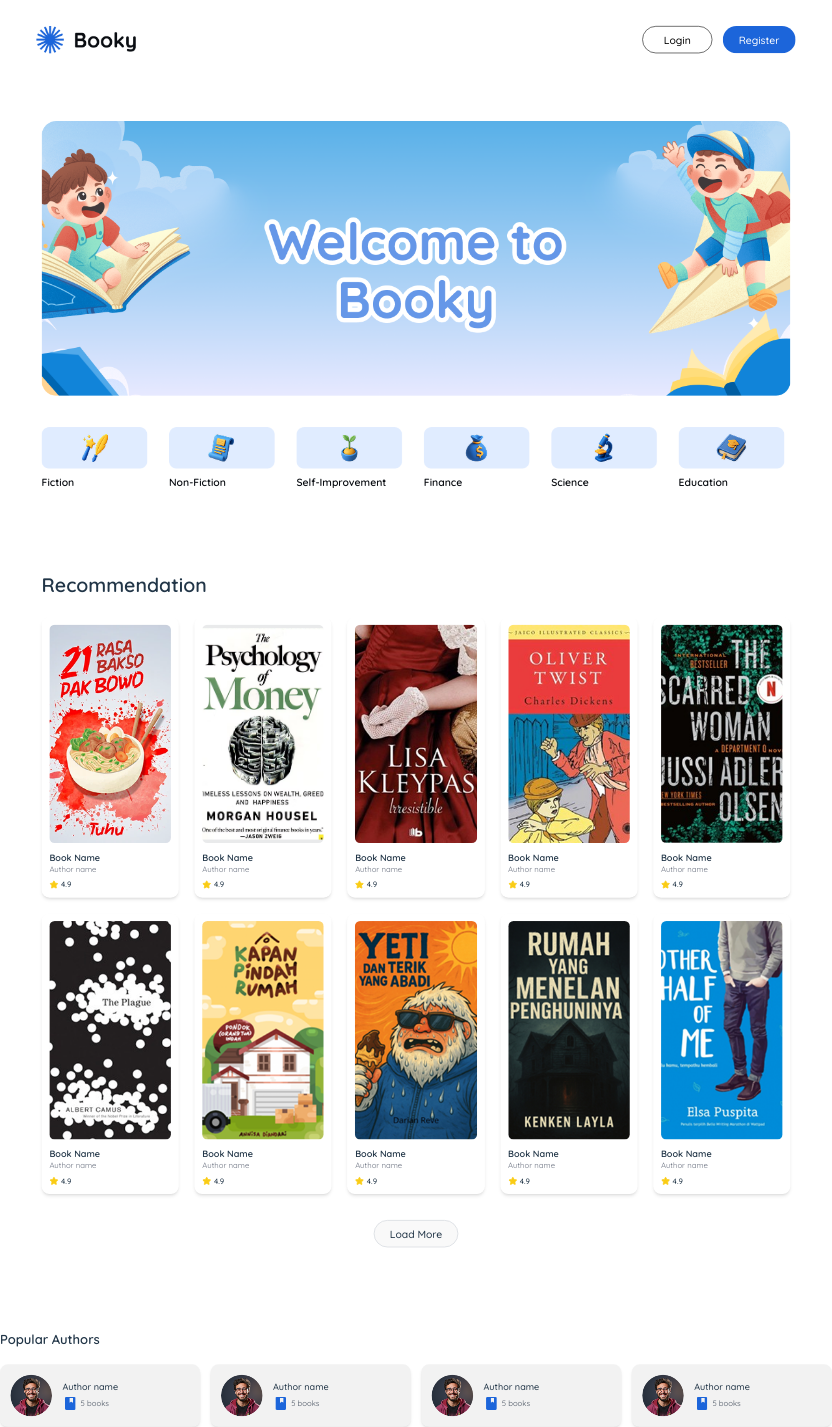
Repository: faridsyafaat/library-app
Page: /
These files come from the project's save history. The page is drawn as it stood at one moment and after the next save; the edit follows.
The browser window is 1280 px wide. The pictures show the whole page, at 65% of full size.
The project was rebuilt for these pictures with package versions that can differ from the ones it lists, and the page was loaded fresh each time. Also part of the build but not shown: vite.config.ts, src/pages/Login.tsx, src/pages/Register.tsx.

Above is the page before, as saved 2025-11-24 21:19:40.

### index.html
<!doctype html>
<html lang="en">
  <head>
    <meta charset="UTF-8" />
    <link rel="icon" type="image/svg+xml" href="/vite.svg" />
    <meta name="viewport" content="width=device-width, initial-scale=1.0" />
    <title>library-app</title>
  </head>
  <body>
    <div id="root"></div>
    <script type="module" src="/src/main.tsx"></script>
  </body>
</html>

### src/index.css
@import url('https://fonts.googleapis.com/css2?family=Quicksand:wght@300;400;500;600;700&display=swap');
@tailwind base;
@tailwind components;
@tailwind utilities;

:root {
  font-family: system-ui, Avenir, Helvetica, Arial, sans-serif;
  line-height: 1.5;
  font-weight: 400;
  font-synthesis: none;
  text-rendering: optimizeLegibility;
  -webkit-font-smoothing: antialiased;
  -moz-osx-font-smoothing: grayscale;
}

a {
  font-weight: 500;
  color: #646cff;
  text-decoration: inherit;
}
a:hover {
  color: #535bf2;
}

body {
  margin: 0;
  min-height: 100vh;
  }

h1 {
  font-size: 3.2em;
  line-height: 1.1;
}

button {
  border-radius: 8px;
  border: 1px solid transparent;
  padding: 0.6em 1.2em;
  font-size: 1em;
  font-weight: 500;
  font-family: inherit;
  background-color: #1a1a1a;
  cursor: pointer;
  transition: border-color 0.25s;
}
button:hover {
  border-color: #646cff;
}
button:focus,
button:focus-visible {
  outline: 4px auto -webkit-focus-ring-color;
}

@media (prefers-color-scheme: light) {
  :root {
    color: #213547;
    background-color: #ffffff;
  }
  a:hover {
    color: #747bff;
  }
  button {
    background-color: #f9f9f9;
  }
}

.container-custom {
  max-width: 1200px;
  margin-left: auto;
  margin-right: auto;
  padding-left: 1rem;
  padding-right: 1rem;
}

@layer base {
  body {
    @apply font-quicksand;
  }
}

### src/App.tsx
import { BrowserRouter as Router, Routes, Route, } from "react-router-dom";
import HomeBefore from "./pages/HomeBefore";
import Login from "./pages/Login";
import Register from "./pages/Register";


function App() {


  return (
    <Router>
      <Routes>
        <Route path="/" element={<HomeBefore />} />
        <Route path="/login" element={<Login />} />
        <Route path="/register" element={<Register />} />

      </Routes>
    </Router>
  );
}

export default App;

### src/pages/HomeBefore.tsx
import NavbarBefore from "@/components/layout/NavbarBefore";
import HeroSection from "@/components/sections/HeroSection";
import RecommendationSection from "@/components/sections/RecommendationSection";
import AuthorsSection from "@/components/sections/AuthorsSection";

export default function HomeBefore() {
  return (
    <div>
      <NavbarBefore />
      <HeroSection />
      <RecommendationSection />
      <AuthorsSection />

    </div>
  );
}

### src/components/layout/NavbarBefore.tsx
import Button from "@/components/ui/Button";
import { useNavigate } from "react-router-dom";

export default function NavbarBefore() {
  const navigate = useNavigate();

  return (
    <nav className="sticky top-0 z-50 bg-white">
      <div className="container mx-auto flex justify-between items-center py-10 px-4">
        {/* Logo */}
        <div className="flex items-left gap-2">
          <img src="/icon/booky.png" alt="Booky Logo" className="w-[155px] h-[42px]" />
        </div>

        {/* Buttons */}
        <div className="flex gap-4">
          <Button
            variant="outline"
            className="bg-white text-black border border-neutral-800 px-8 py-2"
            onClick={() => navigate("/login")}
          >
            Login
          </Button>
          <Button
            variant="default"
            className="px-10 py-2"
            onClick={() => navigate("/register")}
          >
            Register
          </Button>
        </div> {/* Tutup div buttons */}
      </div> {/* Tutup div container */}
    </nav>
  );
}

### src/components/sections/HeroSection.tsx

const bookCategories = [
  { name: "Fiction", img: "/image/hero1.png" },
  { name: "Non-Fiction", img: "/image/hero2.png" },
  { name: "Self-Improvement", img: "/image/hero3.png" },
  { name: "Finance", img: "/image/hero4.png" },
  { name: "Science", img: "/image/hero5.png" },
  { name: "Education", img: "/image/hero6.png" },
];

export default function HeroSection() {
  return (
    <section className="bg-white py-16">
      <div className="container mx-auto px-6">
        {/* Hero Image */}
        <div className="w-full">
          <img
            src="/image/herosection.png"
            alt="Hero Background"
            className="w-full h-auto rounded-xl"
          />
        </div>

        {/* Jenis Buku */}
       <div className="mt-12 grid grid-cols-3 sm:grid-cols-3 md:grid-cols-6 gap-6">
  {bookCategories.map((book) => (
    <div
      key={book.name}
      className="flex flex-col items-start cursor-pointer hover:scale-105 transition-transform"
    >
      <img
        src={book.img}
        alt={book.name}
        className="w-[162.67px] h-[64px] object-cover rounded-lg mb-2"
      />
      <span className="text-[#0A0D12] font-semibold">{book.name}</span>
    </div>
  ))}
</div>

      </div>
    </section>
  );
}

### src/components/sections/RecommendationSection.tsx
import { Star } from "lucide-react";

const books = [
  {
    title: "Book Name",
    author: "Author name",
    rating: 4.9,
    img: "/image/book1.png",
  },
  {
    title: "Book Name",
    author: "Author name",
    rating: 4.9,
    img: "/image/book2.png",
  },
  {
    title: "Book Name",
    author: "Author name",
    rating: 4.9,
    img: "/image/book3.png",
  },
  {
    title: "Book Name",
    author: "Author name",
    rating: 4.9,
    img: "/image/book4.png",
  },
  {
    title: "Book Name",
    author: "Author name",
    rating: 4.9,
    img: "/image/book5.png",
  },
  {
    title: "Book Name",
    author: "Author name",
    rating: 4.9,
    img: "/image/book6.png",
  },
  {
    title: "Book Name",
    author: "Author name",
    rating: 4.9,
    img: "/image/book7.png",
  },
  {
    title: "Book Name",
    author: "Author name",
    rating: 4.9,
    img: "/image/book8.png",
  },
  {
    title: "Book Name",
    author: "Author name",
    rating: 4.9,
    img: "/image/book9.png",
  },
  {
    title: "Book Name",
    author: "Author name",
    rating: 4.9,
    img: "/image/book10.png",
  },
];

export default function RecommendationSection() {
  return (
    <section className="py-16 bg-white">
      <div className="container mx-auto px-6">

        {/* Title */}
        <h2 className="text-3xl font-semibold mb-8">Recommendation</h2>

        {/* Grid Books */}
        <div className="grid grid-cols-2 sm:grid-cols-3 md:grid-cols-5 gap-6">
          {books.map((book, index) => (
            <div
              key={index}
              className="bg-white shadow-md rounded-xl p-3 cursor-pointer hover:scale-105 transition-transform"
            >
              <img
                src={book.img}
                alt={book.title}
                className="h-[336px] w-[224] object-cover rounded-lg"
              />

              <h3 className="mt-3 text-sm font-semibold">{book.title}</h3>
              <p className="text-xs text-gray-500">{book.author}</p>

              <div className="flex items-center gap-1 mt-2">
                <Star size={14} fill="#FACC15" color="#FACC15" />
                <span className="text-xs font-medium">{book.rating}</span>
              </div>
            </div>
          ))}
        </div>

        {/* Load More Button */}
        <div className="flex justify-center mt-10">
          <button className="px-6 py-2 rounded-full border border-gray-300 hover:bg-gray-100 transition">
            Load More
          </button>
        </div>
      </div>
    </section>
  );
}

### src/components/sections/AuthorsSection.tsx
const authors = [
  {
    id: 1,
    name: "Author name",
    books: "5 books",
    image: "/image/author.png",
  },
  {
    id: 2,
    name: "Author name",
    books: "5 books",
    image: "/image/author.png",
  },
  {
    id: 3,
    name: "Author name",
    books: "5 books",
    image: "/image/author.png",
  },
  {
    id: 4,
    name: "Author name",
    books: "5 books",
    image: "/image/author.png",
  },
];

export default function AuthorsSection() {
  return (
    <section className="mt-16">
      <h2 className="text-xl font-semibold mb-6">Popular Authors</h2>

      <div className="grid grid-cols-1 gap-4 md:grid-cols-2 lg:grid-cols-4">
        {authors.map((author) => (
          <div
            key={author.id}
            className="shadow-md rounded-xl p-4 flex items-center gap-4 bg-[#CBCACA40]"
          >
            {/* FOTO AUTHOR */}
            <img
              src={author.image}
              alt={author.name}
              className="w-16 h-16 rounded-full object-cover"
            />

            {/* TEKS */}
            <div>
              <p className="font-medium text-sm">{author.name}</p>

              {/* ICON BUKU + JUMLAH */}
              <div className="flex items-center gap-1 mt-1 text-gray-600">
                <img
                  src="/image/book.png"
                  alt="book icon"
                  className="w-[24px] h-[24px] object-contain"
                />
                <span className="text-xs">{author.books}</span>
              </div>
            </div>
          </div>
        ))}
      </div>
    </section>
  );
}

### src/components/ui/Button.tsx
import React from "react";
import clsx from "clsx";

interface ButtonProps extends React.ButtonHTMLAttributes<HTMLButtonElement> {
  variant?: "default" | "outline" | "short";
  size?: "sm" | "md" | "lg";
}

const Button: React.FC<ButtonProps> = ({
  variant = "default",
  className,
  children,
  ...props
}) => {
  const baseStyle = "inline-flex items-center justify-center font-medium focus:outline-none rounded-full disabled:opacity-50 disabled:pointer-events-none";

  const variants: Record<string, string> = {
    default: "bg-[#1C65DA] text-white px-6 py-2 hover:bg-blue-600",
    outline: "border border-gray-800 text-black bg-white px-6 py-2 hover:bg-gray-100",
    short: "px-4 py-2 rounded-md text-sm",
  };

  return (
    <button className={clsx(baseStyle, variants[variant], className)} {...props}>
      {children}
    </button>
  );
};

export default Button;

### tailwind.config.js
/** @type {import('tailwindcss').Config} */
module.exports = {
  content: [
    "./index.html",
    "./src/**/*.{js,ts,jsx,tsx}",
  ],
  theme: {
    extend: {
      fontFamily: {
        quicksand: ["Quicksand", "sans-serif"],
      },
    },
    container: {
      center: true,
      padding: '1rem',
      screens: {
        sm: "640px",
        md: "768px",
        lg: "1200px", // container lg = 1200px
        xl: "1200px",
        "2xl": "1200px"
      }
    }
  },
  plugins: [],
};

Loaded but not shown: src/main.tsx (common file)

After the next save:
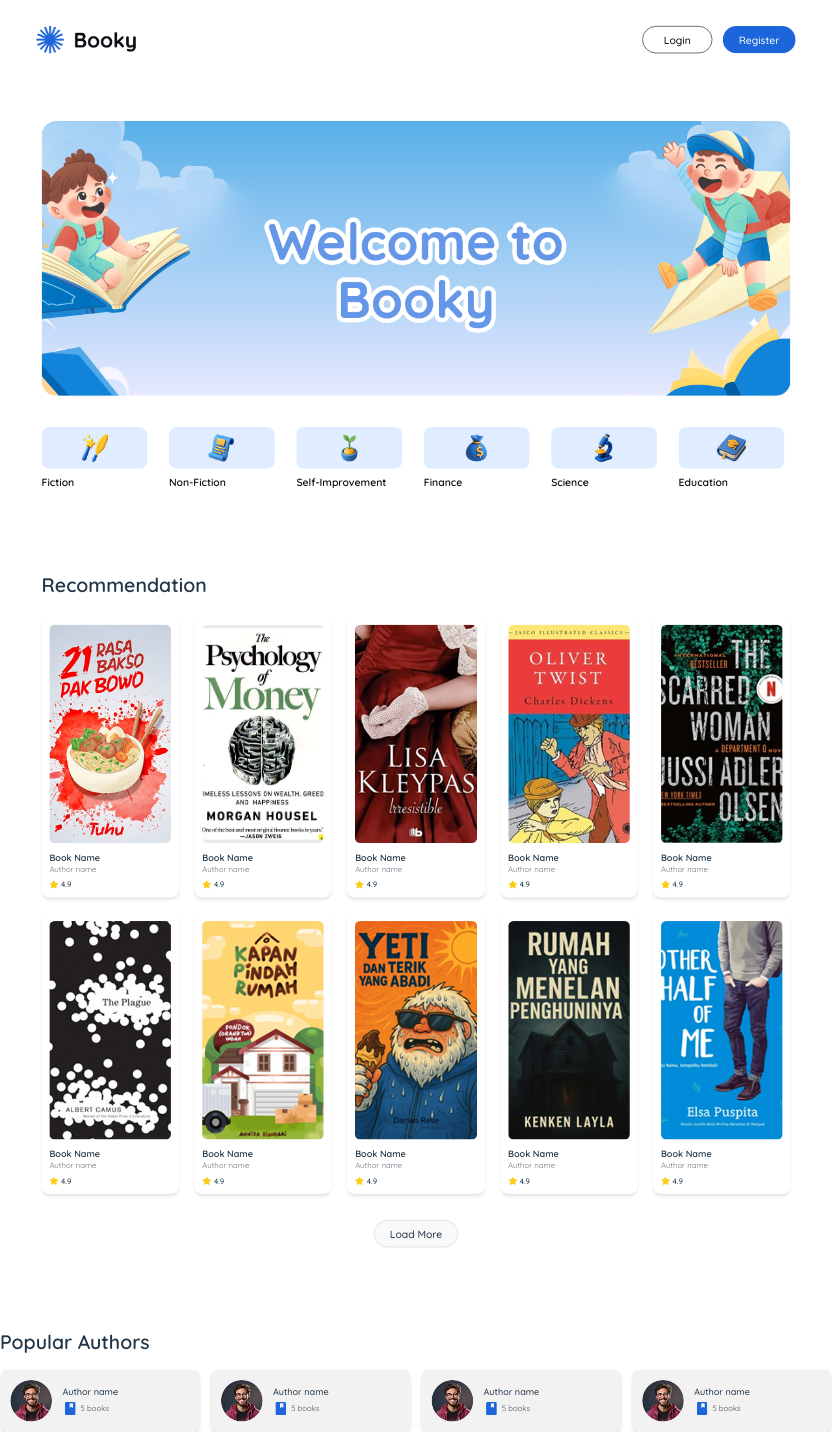
Saved 12 s later.
--- a/src/components/sections/AuthorsSection.tsx
+++ b/src/components/sections/AuthorsSection.tsx
@@ -28,7 +28,7 @@
 export default function AuthorsSection() {
   return (
     <section className="mt-16">
-      <h2 className="text-xl font-semibold mb-6">Popular Authors</h2>
+      <h2 className="text-3xl font-semibold mb-6">Popular Authors</h2>
 
       <div className="grid grid-cols-1 gap-4 md:grid-cols-2 lg:grid-cols-4">
         {authors.map((author) => (
